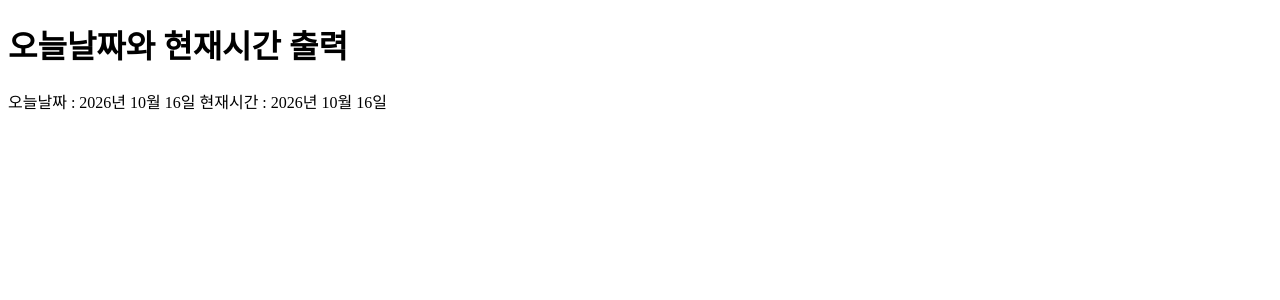
Repository: kkj68106810-dot/jsp2026
Page: http://localhost/chapter01/test04.jsp
These files come from the project's save history. The page is drawn as it stood at one moment and after the next save; the edit follows.
The browser window is 1280 px wide. The pictures show the whole page.
The page is served by Tomcat 9.

Above is the page before, as saved 2026-10-16 02:47:48.

### chapter01/src/main/webapp/test04.jsp
<%@ page language="java" contentType="text/html; charset=UTF-8"
    pageEncoding="UTF-8" import="java.util.*" %>
<!DOCTYPE html>
<html>
<head>
<meta charset="UTF-8">
<title>Insert title here</title>
</head>
<body>
	<h1>오늘날짜와 현재시간 출력</h1>
	<%
		Date today = new Date();
		int year = today.getYear()+1900;
		int month = today.getMonth()+1;
		int day = today.getDate();
		int hour = today.getHours();
		int second = today.getSeconds();
		int minute = today.getMinutes();
	%>

	오늘날짜 : <%=year+"년 " + month + "월 " + day+"일" %>
	현재시간 : <%=year+"년 " + month + "월 " + day+"일" %>

</body>
</html>

After the next save:
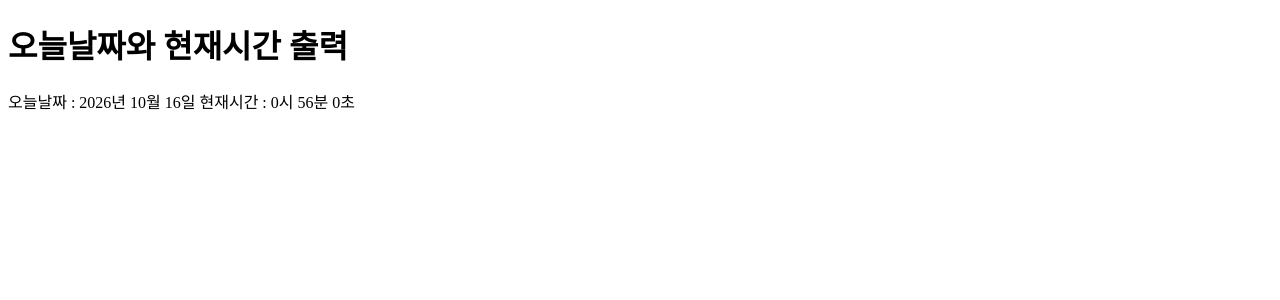
Saved 27 s later.
--- a/chapter01/src/main/webapp/test04.jsp
+++ b/chapter01/src/main/webapp/test04.jsp
@@ -19,7 +19,7 @@
 	%>
 
 	오늘날짜 : <%=year+"년 " + month + "월 " + day+"일" %>
-	현재시간 : <%=year+"년 " + month + "월 " + day+"일" %>
+	현재시간 : <%=hour+"시 " + minute + "분 " + second+"초" %>
 
 </body>
 </html>
